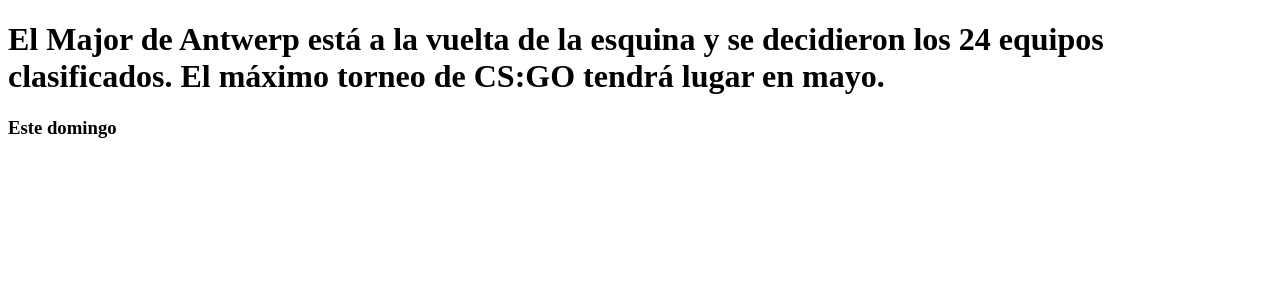
Repository: Larrowo/LPPA
Page: Clase 3/index.html
An editor plug-in stored every save of this project. The page is shown before and after the next save, followed by the edit.
The browser window is 1280 px wide. The pictures show the whole page.

Above is the page before, as saved 2022-04-26 13:36:05.

### Clase 3/index.html
<!DOCTYPE html>
<html lang="en">
  <head>
    <meta charset="UTF-8" />
    <meta http-equiv="X-UA-Compatible" content="IE=edge" />
    <meta name="viewport" content="width=device-width, initial-scale=1.0" />
    <title>Document</title>
  </head>

  <body>
    <main class="container">
      <div class="topPartNoticia">
        <div class="titulo">
          <h1>
            <strong
              >El Major de Antwerp está a la vuelta de la esquina y se
              decidieron los 24 equipos clasificados. El máximo torneo de CS:GO
              tendrá lugar en mayo.</strong
            >
          </h1>
        </div>
      </div>
      <div class="cuerpoNoticia">
        <h3>Este domingo</h3>
      </div>
    </main>
  </body>
</html>

After the next save:
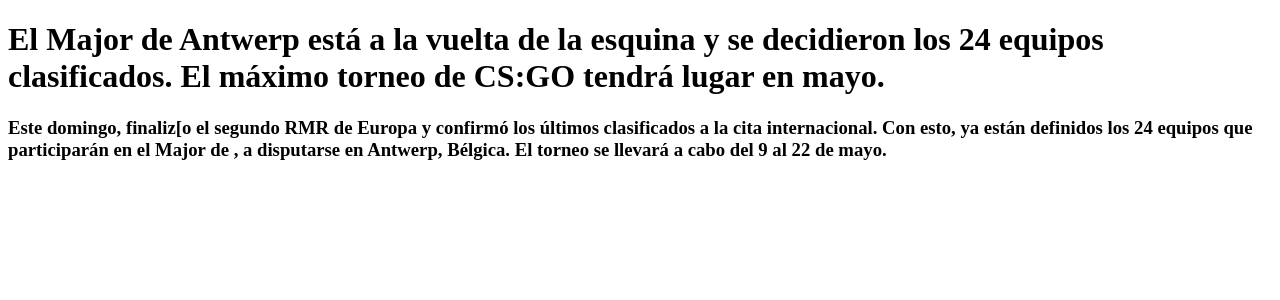
Saved 4 min 24 s later.
--- a/Clase 3/index.html
+++ b/Clase 3/index.html
@@ -21,7 +21,18 @@
         </div>
       </div>
       <div class="cuerpoNoticia">
-        <h3>Este domingo</h3>
+        <h3>
+          Este domingo, finaliz[o el segundo RMR de Europa y
+          <strong>confirmó los últimos clasificados</strong> a la cita
+          internacional. Con esto, ya están definidos
+          <strong
+            >los 24 equipos que participarán en el Major de
+            <a
+              href="https://codigoesports.com/juegos/counter-strike-global-offensive/"
+            ></a></strong
+          >, a disputarse en <strong>Antwerp, Bélgica.</strong> El torneo se
+          llevará a cabo del <strong>9 al 22 de mayo.</strong>
+        </h3>
       </div>
     </main>
   </body>
